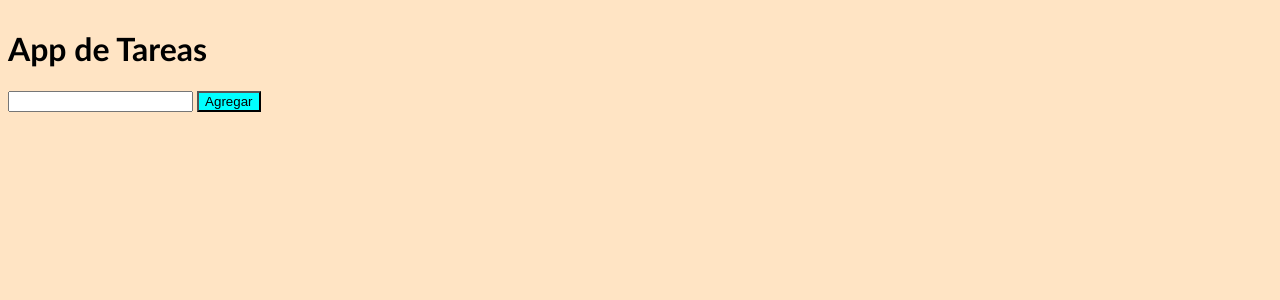
Repository: Kevin8548/Ejercicios-DOM
Page: todoapp/index.html
An editor plug-in stored every save of this project. The page is shown before and after the next save, followed by the edit.
The browser window is 1280 px wide. The pictures show the whole page.

Above is the page before, as saved 2024-10-09 13:56:08.

### todoapp/index.html
<!DOCTYPE html>
<html lang="en">
<head>
    <meta charset="UTF-8">
    <meta name="viewport" content="width=device-width, initial-scale=1.0">
    <title>App de tareas</title>
    <link rel="stylesheet" href="./style.css">
</head>
<body>
    <div class="container">
        <div class="form">
            <h1>App de Tareas</h1>
            <form id="form">
                <input type="text" name="" id="inputtarea">
                <button>Agregar</button>
            </form>
        </div>
        <div class="tareas"></div>
    </div>
    <script src="./app.js"></script>
</body>
</html>

### todoapp/style.css
.alert{
    width: 75%;
    padding: 10px;
    border-radius: 10px;
    display: flex;
    justify-content: space-around;
    float: right;
}

.red{
    border: 2px solid red;
    background-color: rgb(240, 165, 165);
}

.yellow{
    border: 2px solid rgb(246,246,21);
    background-color: rgb(243,243,173);
}

.green{
    border: 2px solid green;
    background-color: rgb(179,238,179);
}

.form{
    float: left;
    align-items: center;
}

body{
    background-color: bisque;
    font-family: 'Gill Sans', 'Gill Sans MT', Calibri, 'Trebuchet MS', sans-serif;
}

button{
    background-color: aqua;
}

### todoapp/app.js
const tareasDiv = document.querySelector('.tareas');
const myForm = document.querySelector('#form');
const inputTarea = document.querySelector('#inputtarea');

const addTarea = () => {
    const tarea = inputTarea.value;
    tareasDiv.appendChild(creaObjeto(tarea));
    inputTarea.value = ''
}

const eliminaObjeto = e => {
    const button = e.target;
    const papa = button.parentElement;
    papa.remove();
}


const changeColor = e=> {
    const myDiv = e.target;
    if(myDiv.classList.contains('red')){
        myDiv.classList.remove('red');
        myDiv.classList.add('yellow');
    }
    else if (myDiv.classList.contains('yellow')){
        myDiv.classList.remove('yellow');
        myDiv.classList.add('green')
    }
}

const creaObjeto = (tarea) => {
    const div = document.createElement('div');
    const p = document.createElement('p');
    p.innerText = tarea;
    const button = document.createElement('button')
    button.innerText= 'Eliminar';
    button.addEventListener('click', eliminaObjeto)
    div.appendChild(p);
    div.appendChild(button);


    div.classList.add('alert');
    div.classList.add('red');
    div.addEventListener('click', changeColor)


    return div;
}



myForm.addEventListener('submit', e => {
    e.preventDefault();
    addTarea();
});

After the next save:
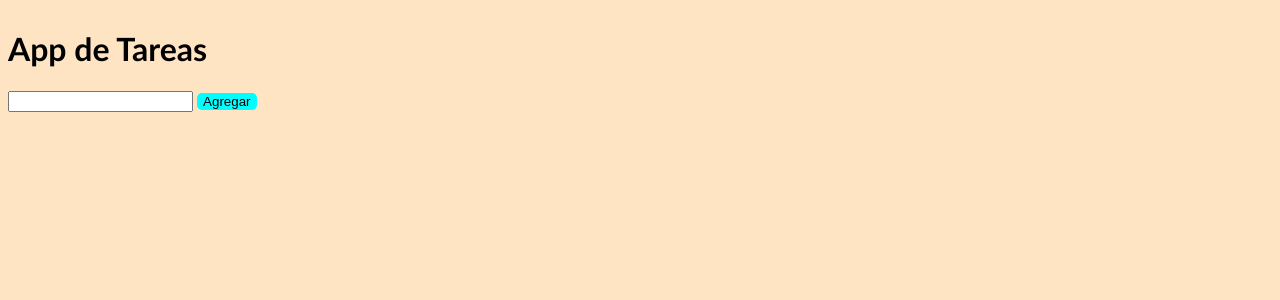
Saved 23 s later.
--- a/todoapp/style.css
+++ b/todoapp/style.css
@@ -34,4 +34,6 @@ body{
 
 button{
     background-color: aqua;
+    border: 1px;
+    border-radius: 5px;
 }
